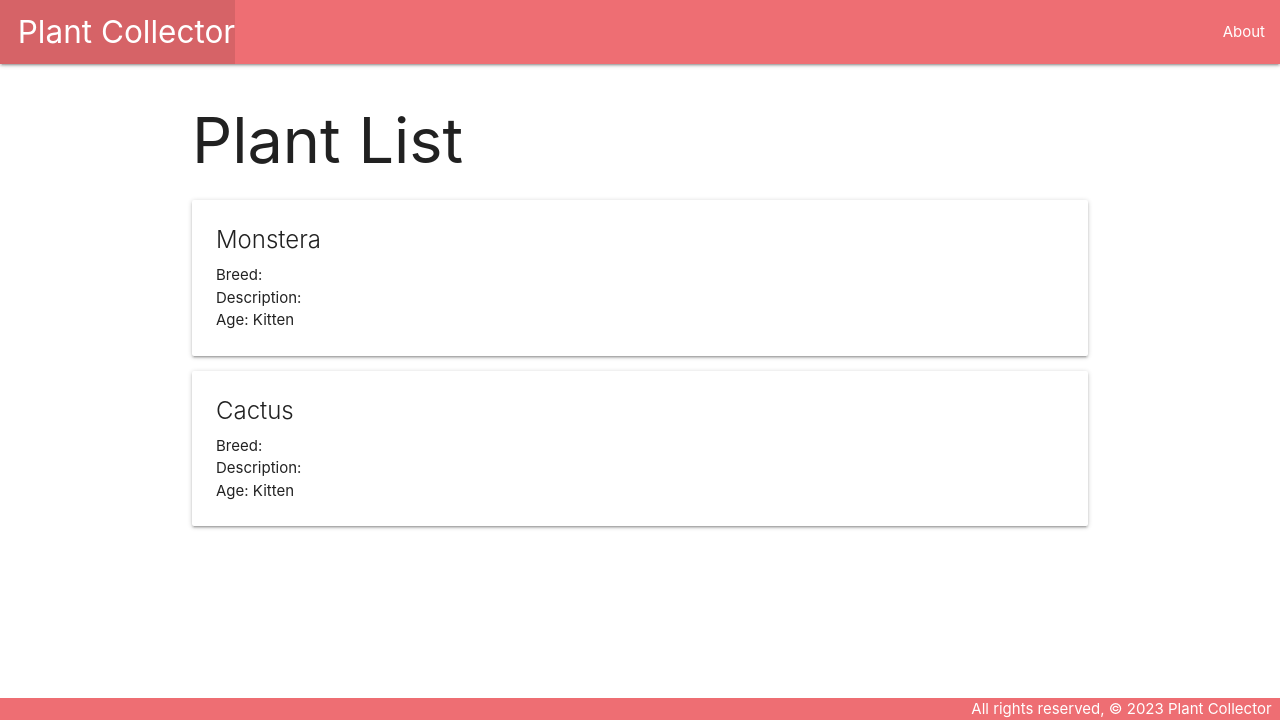
Repository: thecoachanna/plant-collector
Page: http://localhost/plants/
An editor plug-in stored every save of this project. The page is shown before and after a run of saves, followed by the edit.
The browser window is 1280 px wide. The pictures show the whole page.
The page is served by the project's application, run on Django 4.2 (manage.py). Other server files are loaded and not shown.

Above is the page before, as saved 2023-03-06 18:59:56.

### main_app/templates/plants/index.html
{% extends 'base.html' %}
{% block content %}

<h1>Plant List</h1>

{% for plant in plants %}
  <div class="card">
    <div class="card-content">
      <span class="card-title">{{ plant.name }}</span>
      <p>Breed: {{ plant.breed }}</p>
      <p>Description: {{ cat.description }}</p>
      {% if cat.age > 0 %}
        <p>Age: {{ cat.age }}</p>
      {% else %}
        <p>Age: Kitten</p>
      {% endif %}
    </div>
  </div>
{% endfor %}

{% endblock %}

### main_app/templates/base.html
{% load static %}
<!DOCTYPE html>
<html lang="en">
<head>
    <meta charset="UTF-8">
    <meta http-equiv="X-UA-Compatible" content="IE=edge">
    <meta name="viewport" content="width=device-width, initial-scale=1.0">
    <title>Plant Collector</title>
    <link rel="stylesheet" href="https://cdnjs.cloudflare.com/ajax/libs/materialize/1.0.0/css/materialize.min.css">
    <script src="https://cdnjs.cloudflare.com/ajax/libs/materialize/1.0.0/js/materialize.min.js"></script>
    <link rel="stylesheet" type="text/css" href="{% static 'css/style.css' %}">
</head>
<body>
    <header class="navbar-fixed">
        <nav>
            <div class="nav-wrapper">
                <ul>
                    <li><a href="/" class="left brand-logo">&nbsp;&nbsp;Plant Collector</a></li>
                </ul>
                <ul class="right">
                    <li><a href="{% url 'about' %}">About</a></li>
                    {% comment %} <li><a href="{% url 'plants_create' %}">Add a Plant</a></li>
                    <li><a href="{% url 'index' %}">View All My Plants</a></li> {% endcomment %}
                </ul>
            </div>
        </nav>
    </header>
    <main class="container">
        {% block content %}
        {% endblock %}
    </main>
    <footer class="page-footer">
        <div class="right">All rights reserved, &copy; 2023 Plant Collector &nbsp;</div>
    </footer>
</body>
</html>

### main_app/views.py
from django.shortcuts import render

# temporary plants for building templates
plants = [
    {'name': 'Monstera', 'type': 'tropical'},
    {'name': 'Cactus', 'type': 'desert'}
]

# Create your views here.
# View functions match URLs to code like Controllers in Express
# define home view function
def home(request):
    return render(request, 'home.html')

# define about view function
def about(request):
    return render(request, 'about.html')

# index route for plants
def plants_index(request):
    return render(request, 'plants/index.html', {'plants': plants})

### plantcollector/urls.py
"""plantcollector URL Configuration

The `urlpatterns` list routes URLs to views. For more information please see:
    https://docs.djangoproject.com/en/4.1/topics/http/urls/
Examples:
Function views
    1. Add an import:  from my_app import views
    2. Add a URL to urlpatterns:  path('', views.home, name='home')
Class-based views
    1. Add an import:  from other_app.views import Home
    2. Add a URL to urlpatterns:  path('', Home.as_view(), name='home')
Including another URLconf
    1. Import the include() function: from django.urls import include, path
    2. Add a URL to urlpatterns:  path('blog/', include('blog.urls'))
"""
from django.contrib import admin
from django.urls import path, include

urlpatterns = [
    path('admin/', admin.site.urls),
    # '' represents the "starts with" path
    path('', include('main_app.urls')),
]

### main_app/urls.py
from django.urls import path
from . import views

urlpatterns = [
    # using an empty string makes this the root route
    # views.home refers to a view that renders a file
    # the name='home' kwarg gives the route a name
    # naming routes is optional but best practice
    path('', views.home, name='home'),
    path('about/', views.about, name='about'),
    # path for plants
    path('plants/', views.plants_index, name='index'),
]

Loaded but not shown: main_app/static/css/style.css (common file)

After the next 2 saves:
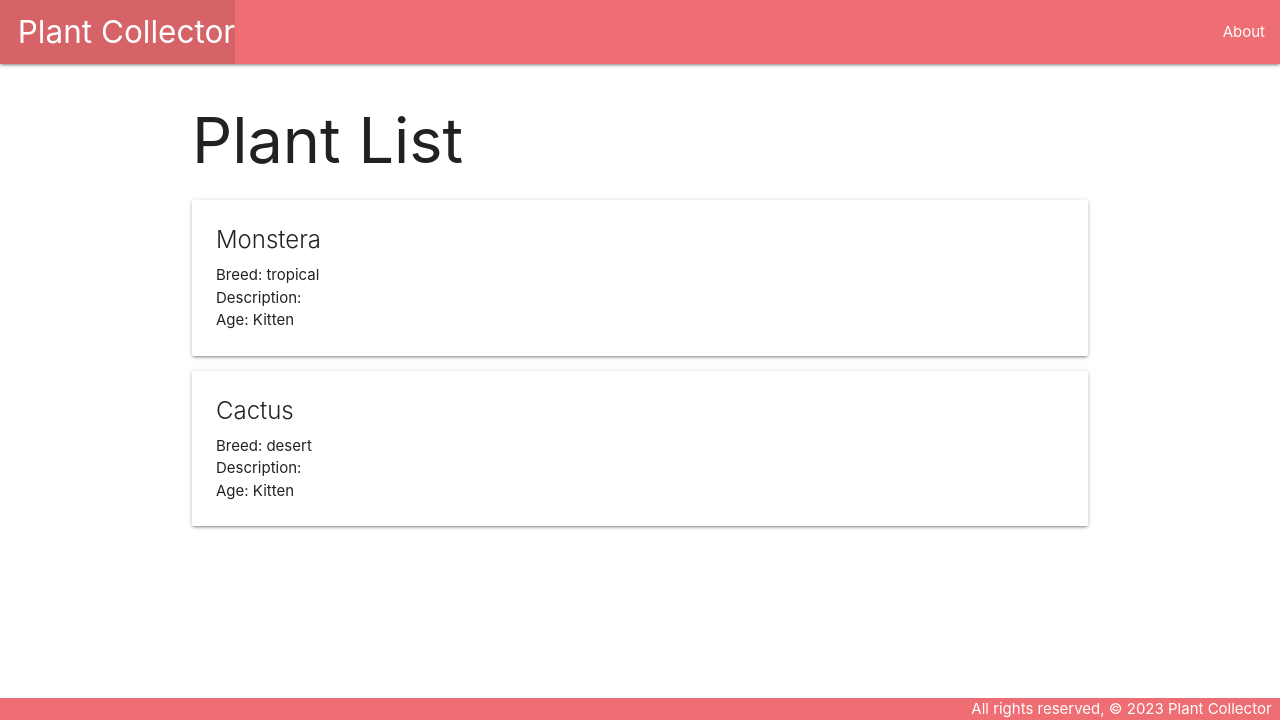
The 2 saves are shown as one change because they came seconds apart.
The last was saved 6 s later.
--- a/main_app/templates/plants/index.html
+++ b/main_app/templates/plants/index.html
@@ -7,7 +7,7 @@
   <div class="card">
     <div class="card-content">
       <span class="card-title">{{ plant.name }}</span>
-      <p>Breed: {{ plant.breed }}</p>
+      <p>Breed: {{ plant.type }}</p>
       <p>Description: {{ cat.description }}</p>
       {% if cat.age > 0 %}
         <p>Age: {{ cat.age }}</p>
